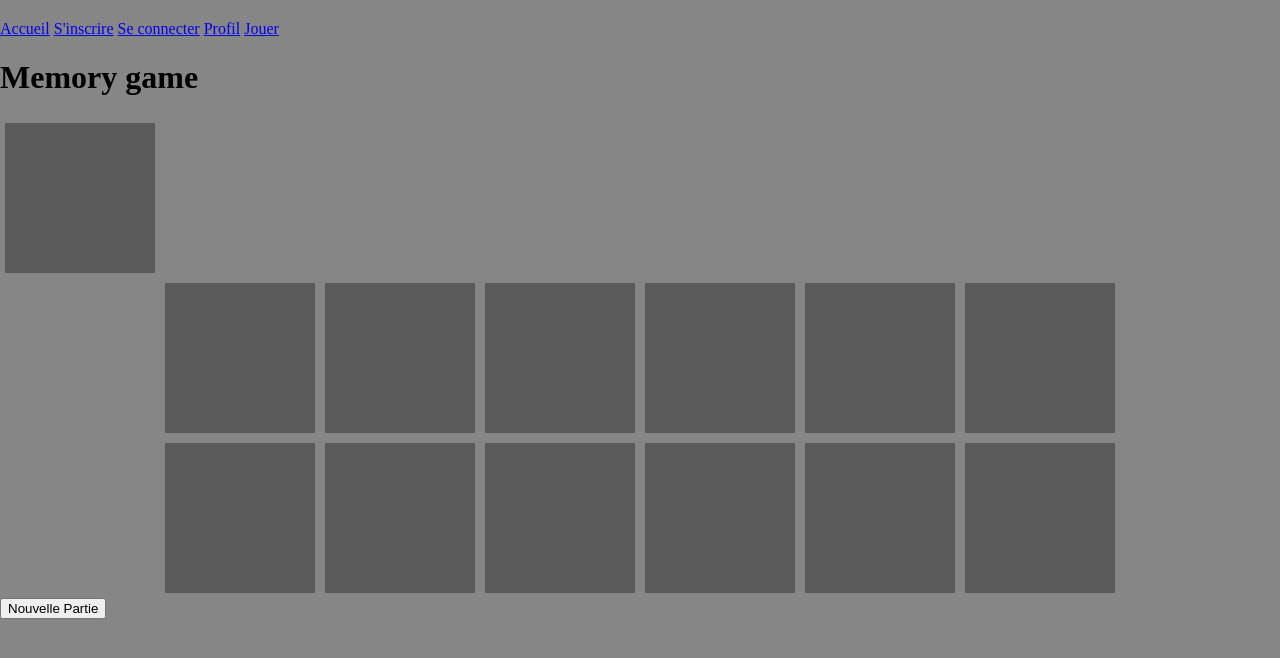
Repository: Ludmilla06/memory-game
Page: game.html
An editor plug-in stored every save of this project. The page is shown before and after the next save, followed by the edit.
The browser window is 1280 px wide. The pictures show the whole page.

Above is the page before, as saved 2025-10-22 14:46:55.

After the next save:
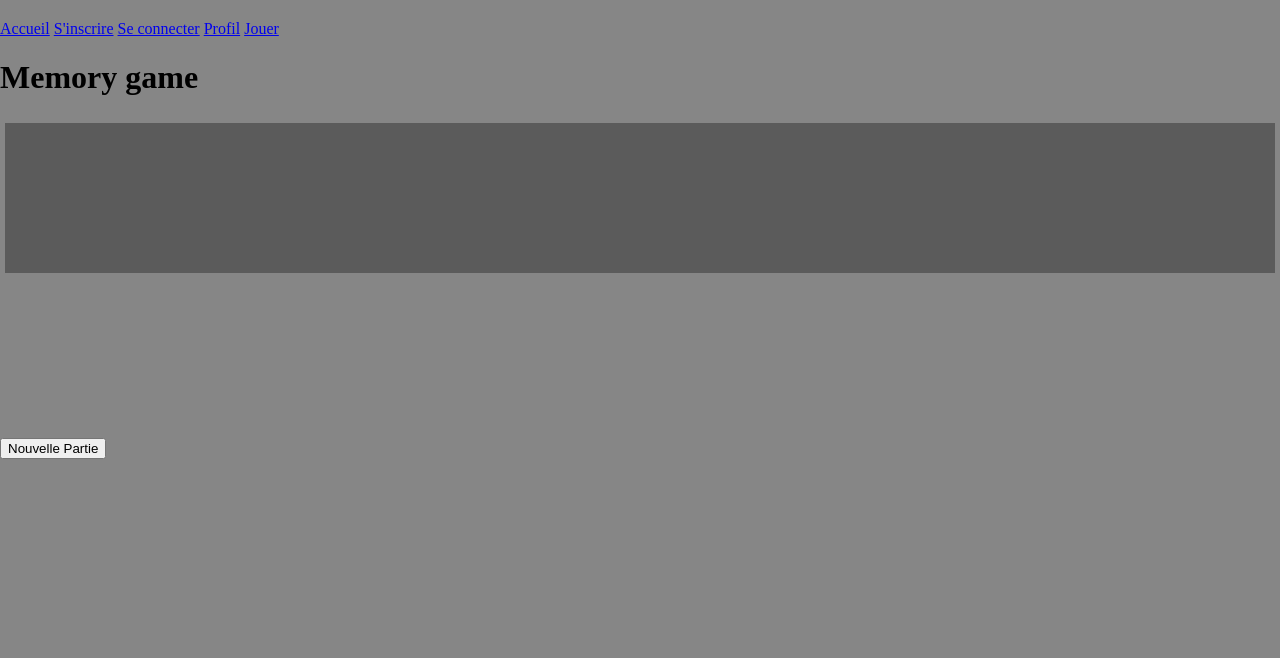
Saved 63 s later.
--- a/css/game.css
+++ b/css/game.css
@@ -22,11 +22,16 @@ body {
   background-size: contain;
   background-repeat: no-repeat;
   background-position: center center;
-  width: 150px;
-  height: 150px;
   position: relative;
   transition: all 0.4s linear;
   transform-style: preserve-3d;
+}
+
+.card,
+.back,
+.front {
+  height: 150px;
+
 }
 
 .selected {
